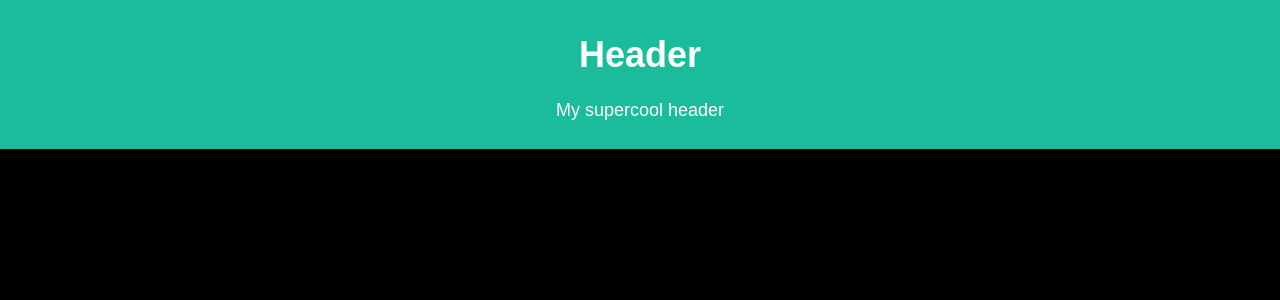
Repository: md-aman-git/Java-Repo-Epam
Page: http://localhost/DemoAppJSP/jspTags.jsp
These files come from the project's save history. The page is drawn as it stood at one moment and after the next save; the edit follows.
The browser window is 1280 px wide. The pictures show the whole page.
The page is served by Tomcat 9.

Above is the page before, as saved 2022-03-06 17:26:18.

### JspServlet/DemoAppJSP/src/main/webapp/jspTags.jsp

<%@ page language="java" contentType="text/html; charset=ISO-8859-1"
    pageEncoding="ISO-8859-1"%>
<!DOCTYPE html>
<html>
<head>
<meta charset="ISO-8859-1">
<title>Insert title here</title>
</head>
<body>
	<!-- this below code snippet will work like import in java -->
	<!-- directives tags -->
	<%@page import="java.io.IOException" %>
	<%@ include file = "header.jsp" %>

	<!-- declaration tags -->
	<%!
		/* declaration block or tag */
		//this will go outside of service method of servlet
		//i.e, will work as global kind of thing
		int value1 = 10;//global variable declaration
		//below is same like method creation in a class
		String myMethod() throws IOException {
			String name = "Md Aman";
			return "Hello, " + name;
		}
	%>


	<!-- scriptlet tags -->
	<%
		//this will go inside service method of servlet
		int value1 = 10;
		int value2 = 20;
		int result = value1 + value2;
		out.println("Result : " + result);
		out.println();
		String message = myMethod();
		out.println("<br/>");
		out.println(message);
	%>
	<br/>
	<!-- Below is expression tag -->
	<div>Value of value1 = <%= value1 %></div>
</body>
</html>

### JspServlet/DemoAppJSP/src/main/webapp/header.jsp
<%@ page language="java" contentType="text/html; charset=ISO-8859-1"
    pageEncoding="ISO-8859-1"%>
<!DOCTYPE html>
<html>
<head>
<meta charset="ISO-8859-1">
<title>Insert title here</title>
<style type="text/css">
/* Style the body */
body {
  font-family: Arial;
  margin: 0;
  background: #000;
}

/* Header/Logo Title */
.header {
  padding: 10px;
  text-align: center;
  background: #1abc9c;
  color: white;
  font-size: 18px;
  margin-bottom: 20px;
}

/* Page Content */
.content {padding:20px;}
</style>
</head>
<body>
	<div class="header">
	  <h1>Header</h1>
	  <p>My supercool header</p>
	</div>
</body>
</html>

After the next save:
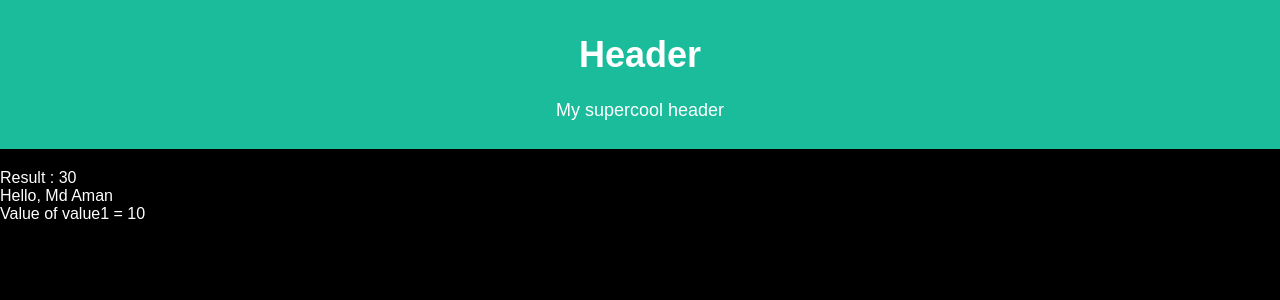
Saved 12 s later.
--- a/JspServlet/DemoAppJSP/src/main/webapp/header.jsp
+++ b/JspServlet/DemoAppJSP/src/main/webapp/header.jsp
@@ -11,6 +11,7 @@ body {
   font-family: Arial;
   margin: 0;
   background: #000;
+  color: #fff;
 }
 
 /* Header/Logo Title */
